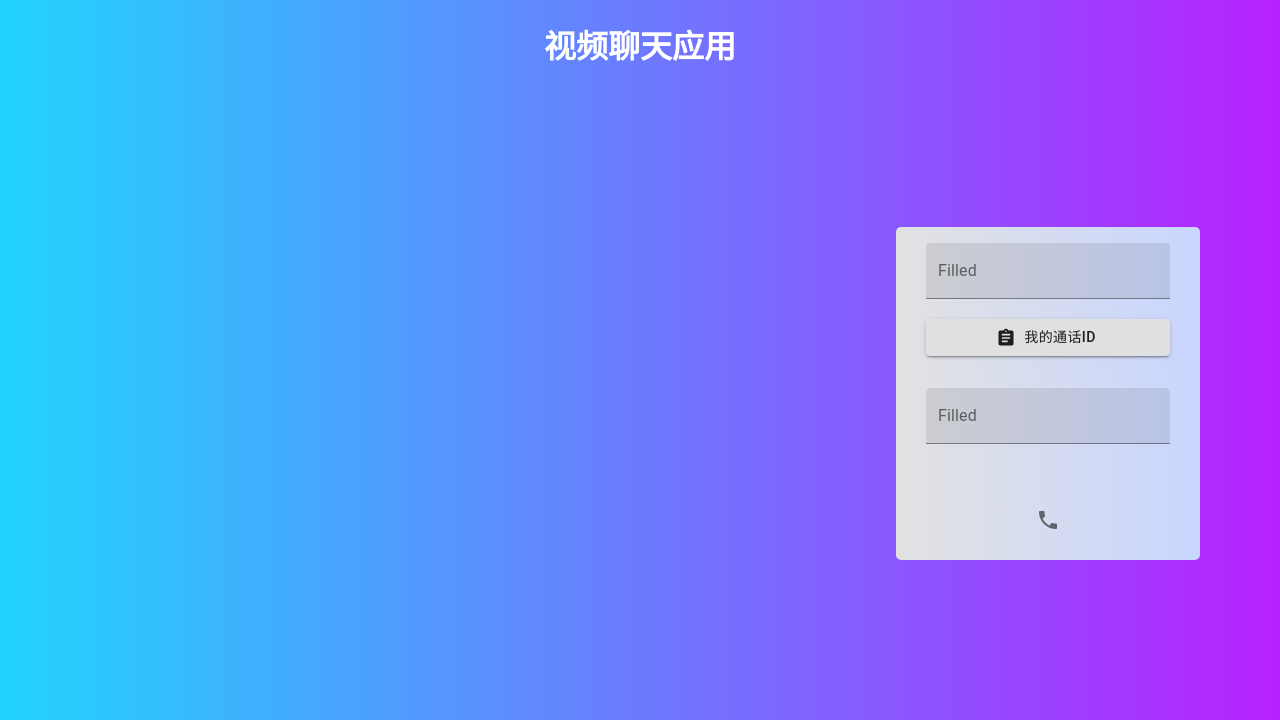
Repository: CodeFreedom-A/webRtc
Page: /
The author's editor kept a copy of each file at every save. The page is drawn from the files as they stood at one save, then again after the next save.
The browser window is 1280 px wide. The pictures show the whole page.
The page's requests for data from a server got no answer. The project was rebuilt for these pictures with package versions that can differ from the ones it lists, and the page was loaded fresh each time. No one was signed in, and anything a server would have sent is missing.

Above is the page before, as saved 2022-12-22 11:18:45.

### src/App.js
/*
 * @Author: sunheng
 * @Date: 2022-12-21 15:50:22
 * @LastEditors: sunheng
 * @LastEditTime: 2022-12-22 11:16:55
 * @Description: 请填写简介
 */

import Button from "@material-ui/core/Button";
import IconButton from "@material-ui/core/IconButton";
import TextField from "@material-ui/core/TextField";
import AssignmentIcon from "@material-ui/icons/Assignment";
import PhoneIcon from "@material-ui/icons/Phone";
import React, { useEffect, useRef, useState } from "react";
import { CopyToClipboard } from "react-copy-to-clipboard";
import Peer from "simple-peer";
import io from "socket.io-client";
import "./App.css";
// 客户端socket链接
const socket = io.connect("http://localhost:5000");
function App() {
  const [stream, setStream] = useState(null);
  const [name, setName] = useState(null);
  const [idToCall, setIdToCall] = useState(null);
  const Myvideo = useRef();
  const [me, setMe] = useState("");
  const callUser = (idToCall) => {
    const peer = new Peer({
      initiator: true, //是否是发起方
      stream: stream, //这是WebRtc返回的那些数据(音频视频啥的)
    });
    // 传递信令
    peer.on("signal", (data) => {
      socket.emit("callUser", {
        signalData: data,
        from: me,
        idToCall,
        name,
      });
    });
    peer.on("stream", (stream) => {
      console.log(stream);
      // userVideo.current.srcObject = stream;
    });
  };

  const [callAccepted, setCallAcceted] = useState(false);
  const [callEnded, setCallEnded] = useState(false);
  useEffect(() => {
    navigator.mediaDevices
      .getUserMedia({ video: true, audio: true })
      .then((res) => {
        console.log(res);
        setStream(res);
        Myvideo.current.srcObject = res;
      })
      .catch((err) => {
        console.log("没有摄像头", err);
      });
    socket.on("me", (id) => {
      setMe(id);
    });
    //接听方从服务器获取发送放的信息
    socket.on("callUser", (signal) => {});
  }, []);
  return (
    <>
      <h1 style={{ textAlign: "center", color: "#fff" }}>视频聊天应用</h1>
      <div className="container">
        {/* 视频容器 */}
        <div className="video-container">
          <div className="video">
            <video
              playsInline
              muted
              autoPlay
              style={{ width: "500px" }}
              ref={Myvideo}
            ></video>
          </div>
        </div>

        <div className="myId">
          <TextField
            id="filled-basic"
            label="Filled"
            variant="filled"
            value={name}
            style={{ marginBottom: "20px" }}
            onChange={(e) => setName(e.target.value)}
          />
          <CopyToClipboard text={me} style={{ marginBottom: "2rem" }}>
            <Button
              variant="contained"
              startIcon={<AssignmentIcon fontSize="large" />}
            >
              我的通话ID
            </Button>
          </CopyToClipboard>
          <TextField
            id="filled-basic"
            label="Filled"
            variant="filled"
            value={idToCall}
            style={{ marginBottom: "20px" }}
            onChange={(e) => setIdToCall(e.target.value)}
          />
          <div className="call-button">
            {callAccepted && !callEnded ? (
              <Button variant="contained" color="secondary">
                结束通话
              </Button>
            ) : (
              <IconButton onClick={() => callUser(idToCall)}>
                <PhoneIcon></PhoneIcon>
              </IconButton>
            )}
          </div>
        </div>
      </div>
    </>
  );
}

export default App;

### src/App.css
.container {
  display: grid;
  grid-template-columns: 7fr 3fr;
  margin-top: 10rem;
}


.video-container {
  display: grid;
  grid-template-columns: 1fr 1fr;
  justify-content: center;
  align-content: center;

  margin-left: 10rem;
}


/* 右侧面板 */

.myId {
  margin-right: 5rem;
  border-radius: 5px;
  background: #c9d6ff;
  background: linear-gradient(to right,
      #e2e2e2,
      #c9d6ff);

  padding: 1rem;
  display: grid;
  justify-content: center;
  align-content: center;
}

.call-button {
  text-align: center;
  margin-top: 2rem;
}



.caller {
  text-align: center;
  color: #fff;
}

body {
  background-image: linear-gradient(to right, #21D4FD 0%, #B721FF 100%);

}

Loaded but not shown: public/index.html (common file); src/index.js (common file); src/index.css (common file); src/reportWebVitals.js (common file)

After the next save:
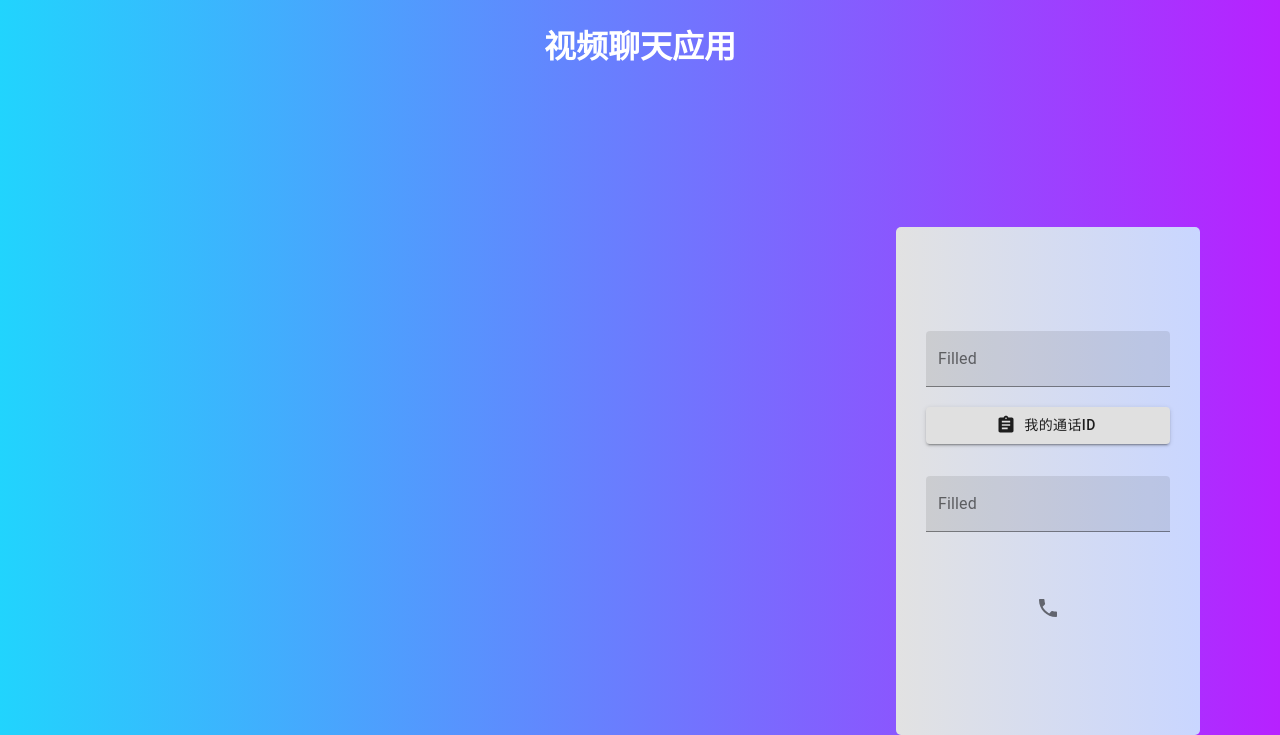
Saved 7 min 54 s later.
--- a/src/App.js
+++ b/src/App.js
@@ -2,7 +2,7 @@
  * @Author: sunheng
  * @Date: 2022-12-21 15:50:22
  * @LastEditors: sunheng
- * @LastEditTime: 2022-12-22 11:16:55
+ * @LastEditTime: 2022-12-22 11:26:39
  * @Description: 请填写简介
  */
 
@@ -77,6 +77,13 @@ function App() {
               style={{ width: "500px" }}
               ref={Myvideo}
             ></video>
+            <video
+              playsInline
+              muted
+              autoPlay
+              style={{ width: "500px" }}
+              ref={Myvideo}
+            ></video>
           </div>
         </div>
 
